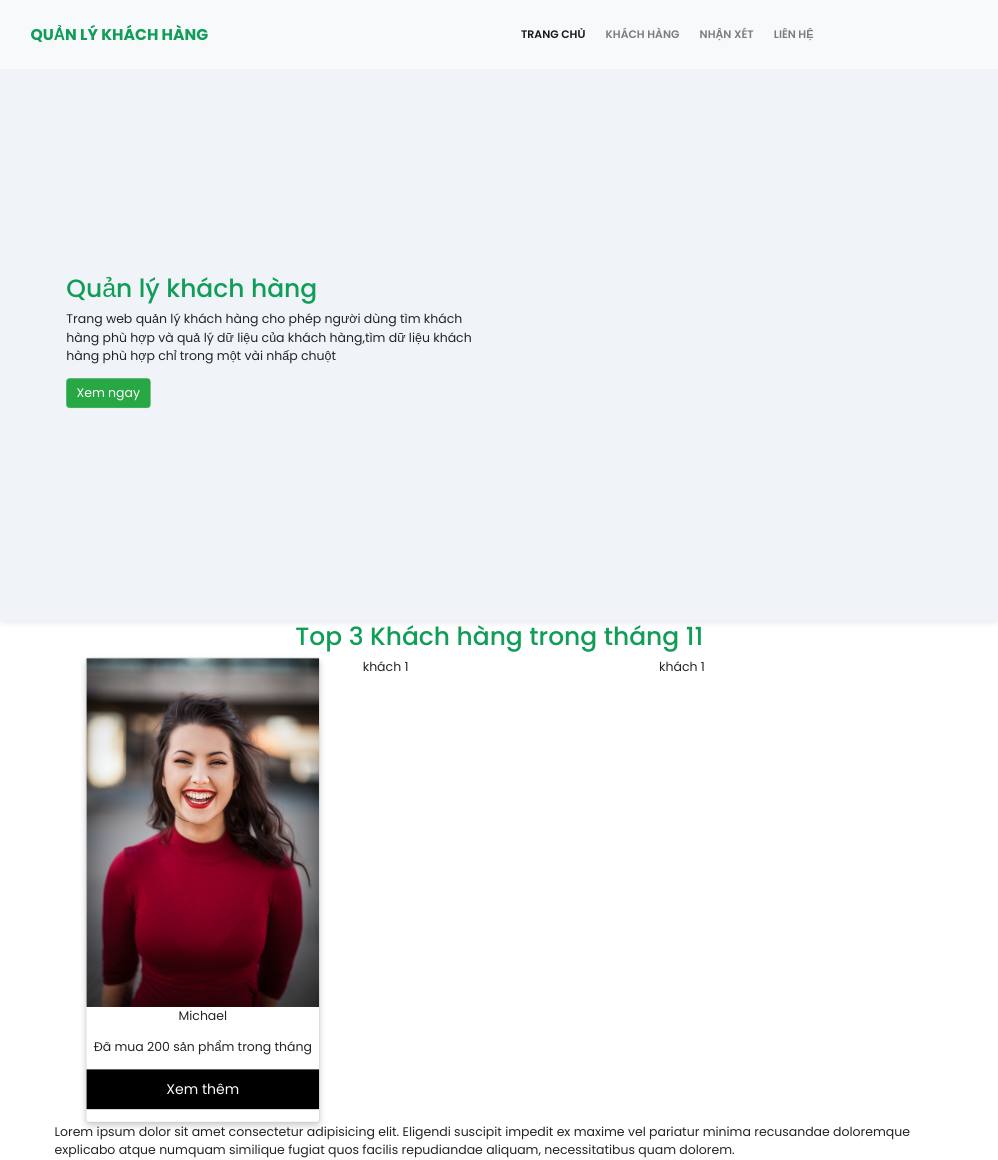
Repository: huutien1904/bt2-ltw
Page: index.html
These files come from the project's save history. The page is drawn as it stood at one moment and after the next save; the edit follows.
The browser window is 1280 px wide. The pictures show the whole page, at 78% of full size.

Above is the page before, as saved 2021-11-04 08:52:55.

After the next save:
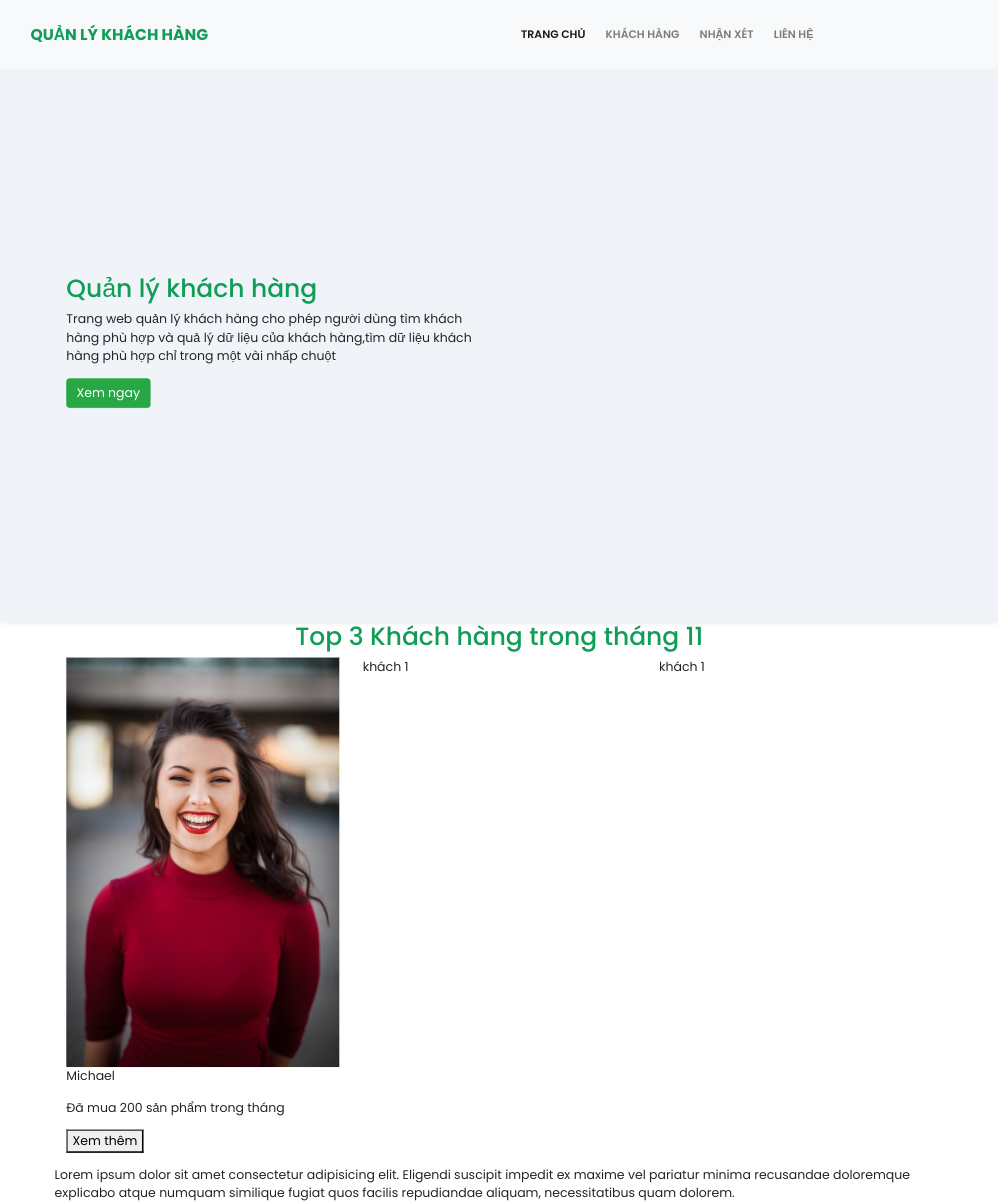
Saved 35 s later.
--- a/index.html
+++ b/index.html
@@ -105,9 +105,9 @@
       </div>
       <div class="row">
         <div class="col-md-4 col-sm-12">
-          <div class="card">
+          <div class="customer_top">
             <img src="./img/michael-dam-mEZ3PoFGs_k-unsplash.jpg" alt="Denim Jeans" style="width:100%">
-            <p mt-2>Michael</p>
+            <p class="">Michael</p>
             <p>Đã mua 200 sản phẩm trong tháng</p>
             <p><button>Xem thêm</button></p>
           </div>
